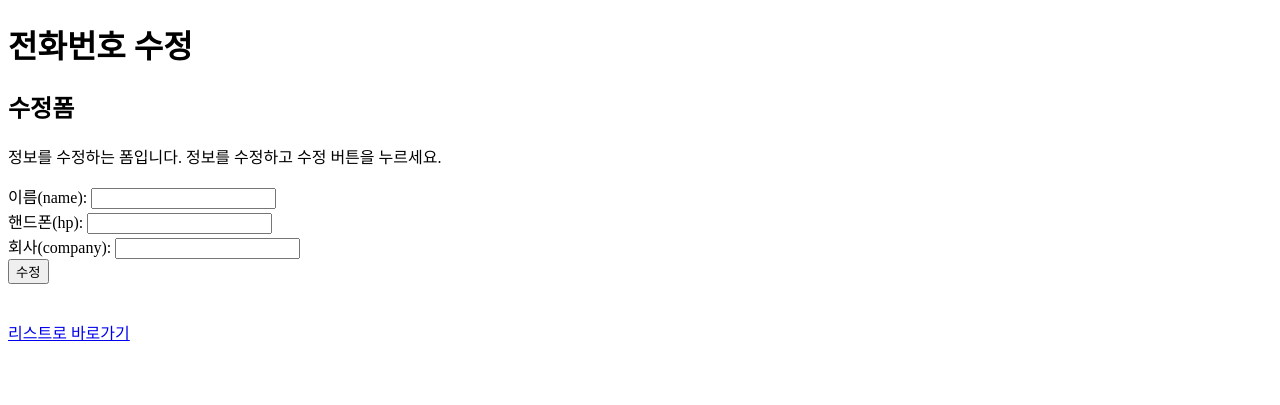
Repository: Kwonharu/workspace-web
Page: http://localhost/phonebook2/update.jsp
These files come from the project's save history. The page is drawn as it stood at one moment and after the next save; the edit follows.
The browser window is 1280 px wide. The pictures show the whole page.
The page is served by Tomcat 9. Other server files are loaded and not shown.

Above is the page before, as saved 2023-09-05 04:17:43.

### phonebook2/WebContent/update.jsp
<%@ page language="java" contentType="text/html; charset=UTF-8"
    pageEncoding="UTF-8"%>

<%
	//파라미터 값 꺼내오기
	request.setCharacterEncoding("UTF-8");
	String name = request.getParameter("name");
	String hp = request.getParameter("hp");
	String company = request.getParameter("company");
	String id = request.getParameter("id");


%>

<!DOCTYPE html>
<html>
<head>
<meta charset="UTF-8">
<title>Insert title here</title>
</head>
<body>
	<h1>전화번호 수정</h1>
	<h2>수정폼</h2>

	<p>정보를 수정하는 폼입니다. 정보를 수정하고 수정 버튼을 누르세요.</p>

	<!-- http://localhost:8000/phonebook2/insert.jsp?name=asdf&hp=asdf&company=asdf -->
	<form action="./insert.jsp" method="post">
		이름(name): <input type="text" name="name"><br>
		핸드폰(hp): <input type="text" name="hp"><br>
		회사(company): <input type="text" name="company"><br>

		<button type="submit">수정</button>
	</form>

	<br>
	<br>

	<a href="./list.jsp">리스트로 바로가기</a>

</body>
</html>

After the next save:
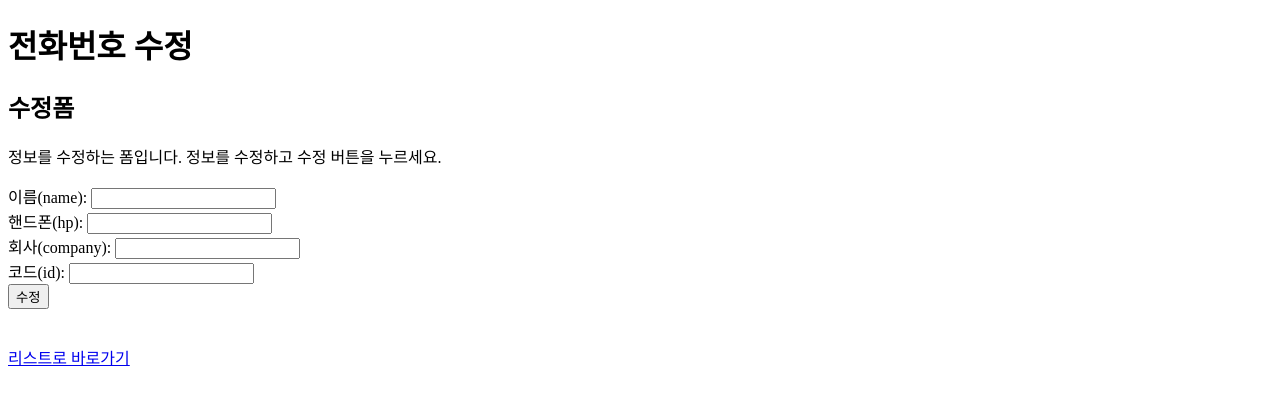
Saved 20 s later.
--- a/phonebook2/WebContent/update.jsp
+++ b/phonebook2/WebContent/update.jsp
@@ -29,6 +29,7 @@
 		이름(name): <input type="text" name="name"><br>
 		핸드폰(hp): <input type="text" name="hp"><br>
 		회사(company): <input type="text" name="company"><br>
+		코드(id): <input type="text" name="company"><br>
 
 		<button type="submit">수정</button>
 	</form>
